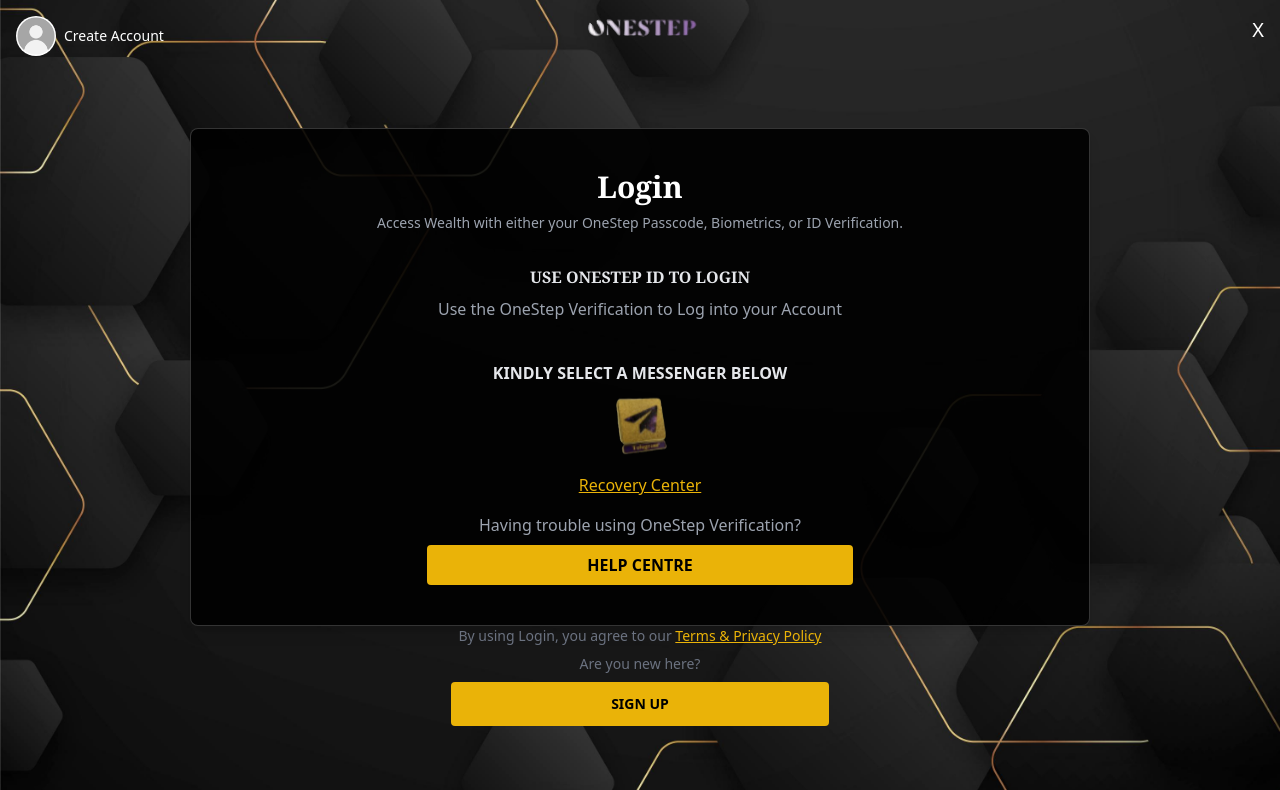
Repository: gloriousnetworker/onestep-authentication-system
Page: /
An editor plug-in stored every save of this project. The page is shown before and after the next save, followed by the edit.
The browser window is 1280 px wide. The pictures show the whole page.
The project was rebuilt for these pictures with package versions that can differ from the ones it lists, and the page was loaded fresh each time. Also part of the build but not shown: vite.config.js, src/pages/GrantAccess.jsx, src/pages/OTPVerificationPage.jsx, src/pages/AccountCreationPage.jsx, src/pages/PasswordPage.jsx, src/pages/BiometricsPage.jsx, src/pages/KYCPage.jsx, src/pages/DashboardPage.jsx.

Above is the page before, as saved 2025-01-16 02:53:27.

After the next save:
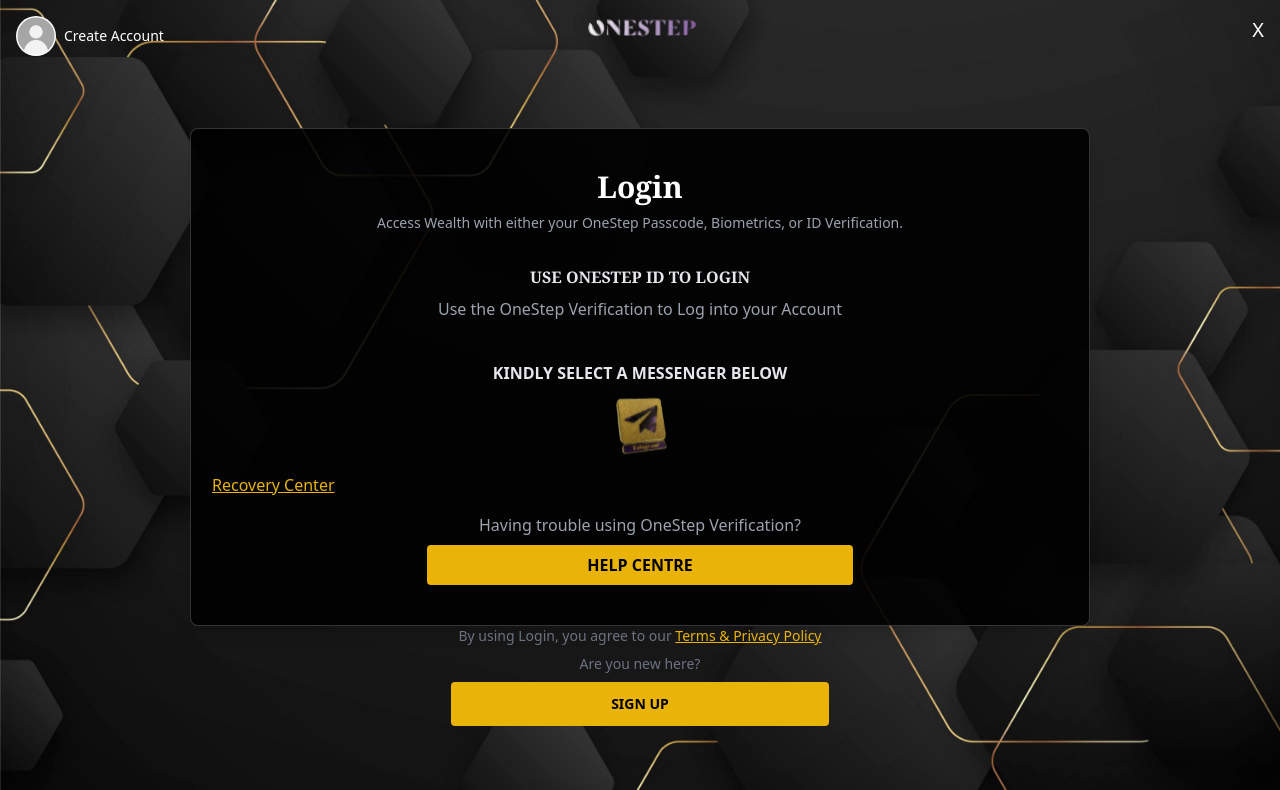
Saved 67 s later.
--- a/src/pages/LoginPage.jsx
+++ b/src/pages/LoginPage.jsx
@@ -63,9 +63,10 @@
   />
 
   {/* Recovery Center Text */}
-  <div className="flex justify-center w-full mt-4"> {/* Adjusted margin */}
-    <span className="text-yellow-500 underline">Recovery Center</span>
-  </div>
+  <div className="flex justify-start w-full mt-4 ml-2.5"> {/* Added margin-left */}
+  <span className="text-yellow-500 underline">Recovery Center</span>
+</div>
+
 </div>
 
 
